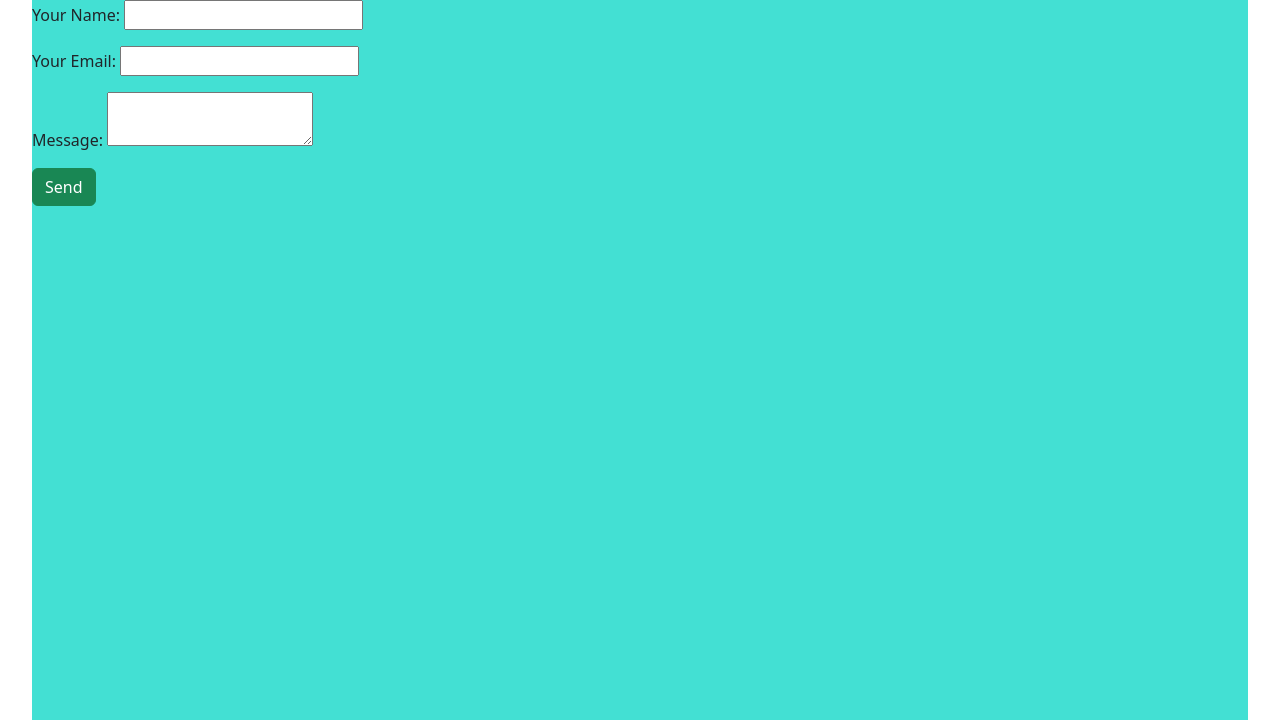
Repository: collegedude9300/zenstationnext
Page: /Contact
An editor plug-in stored every save of this project. The page is shown before and after the next save, followed by the edit.
The browser window is 1280 px wide. The pictures show the whole page.
The project was rebuilt for these pictures with package versions that can differ from the ones it lists, and the page was loaded fresh each time. The framework's server and built-in components were replaced by stand-ins that run in the browser. Also part of the build but not shown: next.config.js.

Above is the page before, as saved 2022-10-11 14:31:12.

After the next save:
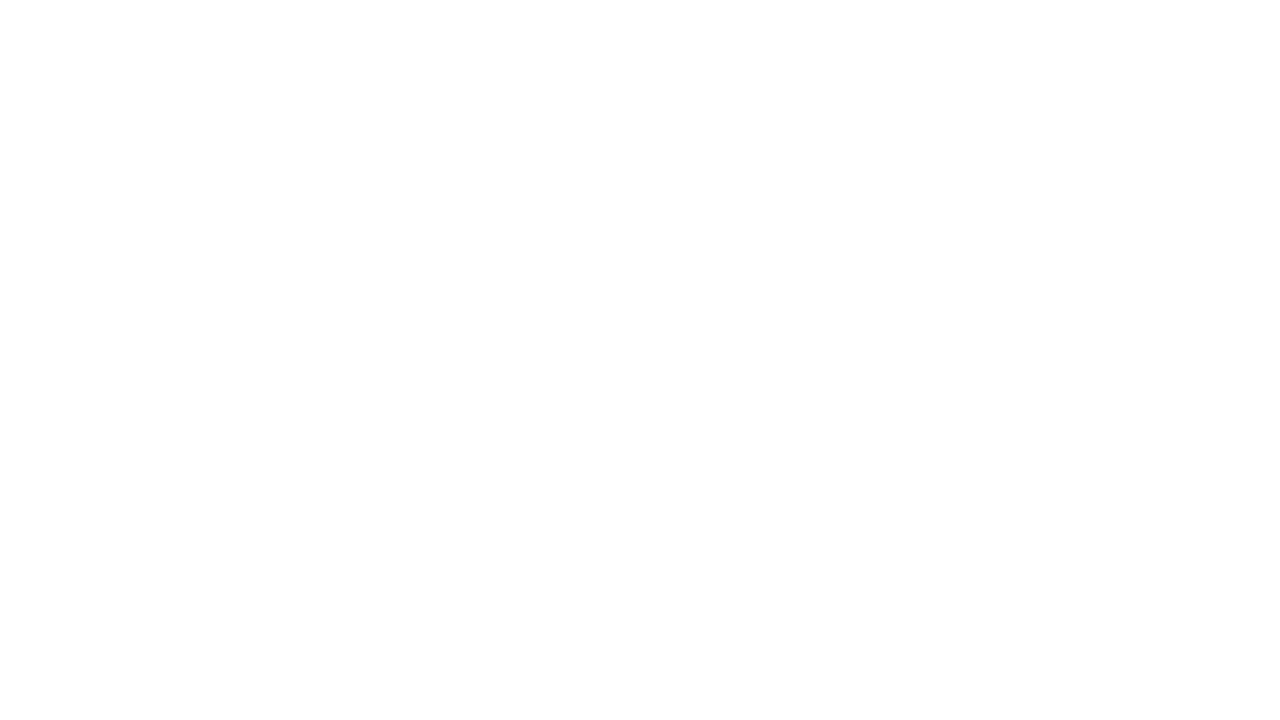
Saved 7 s later.
--- a/pages/Contact.js
+++ b/pages/Contact.js
@@ -5,7 +5,8 @@
 import 'bootstrap/dist/css/bootstrap.css'
 import Link from 'next/link'
 export default function Contact() {
-return (
+return
+(
     <div className={styles.container}>
       <Head>
         <title>Contact</title>

After the save that followed:
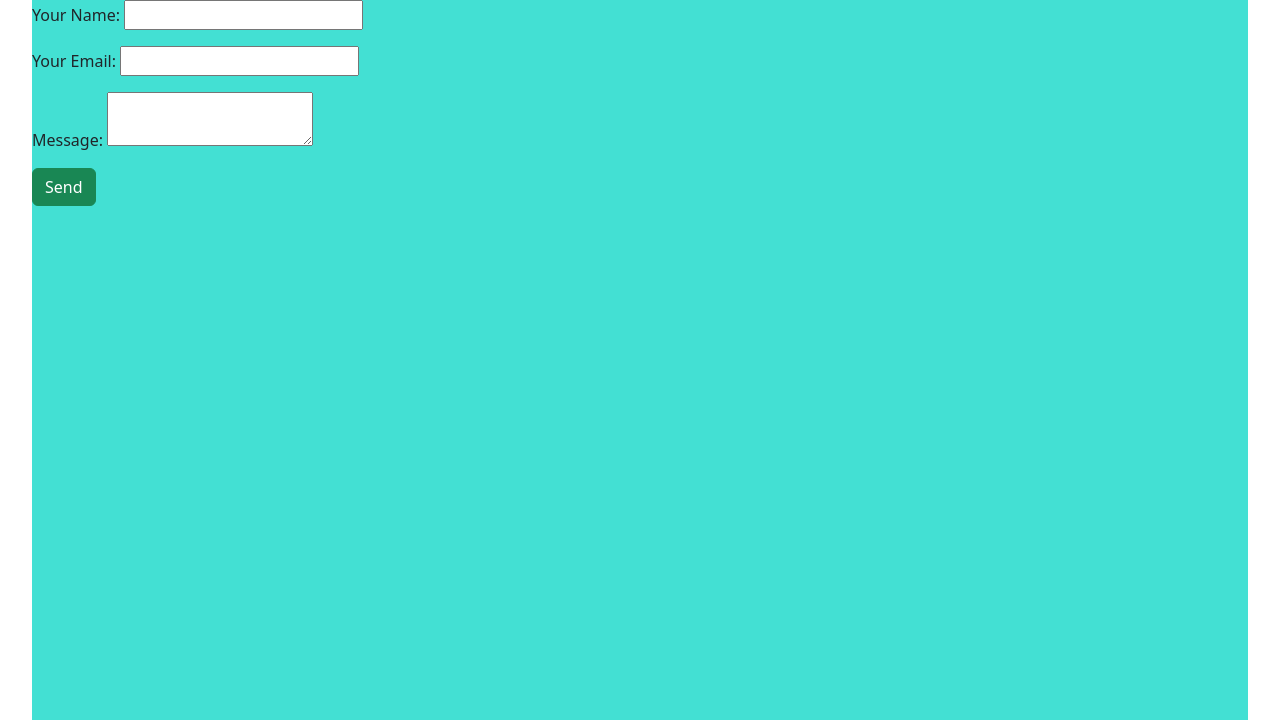
Saved 7 s later.
--- a/pages/Contact.js
+++ b/pages/Contact.js
@@ -5,8 +5,7 @@
 import 'bootstrap/dist/css/bootstrap.css'
 import Link from 'next/link'
 export default function Contact() {
-return
-(
+return (
     <div className={styles.container}>
       <Head>
         <title>Contact</title>
